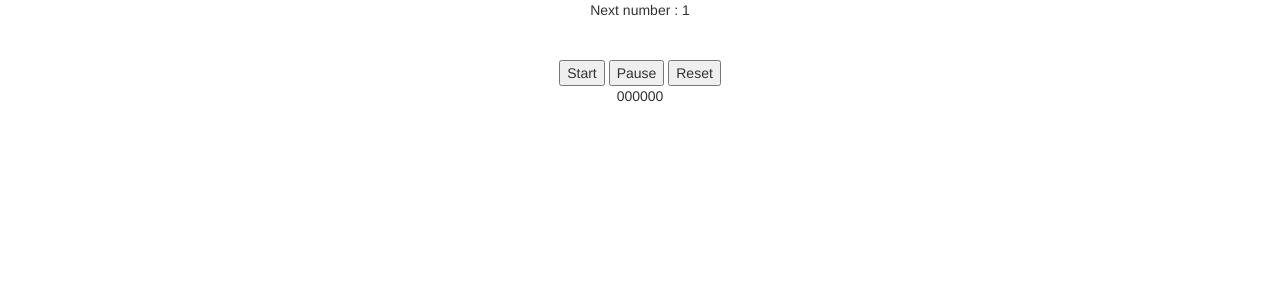
Repository: mikelily/lab
Page: oneTo25/game.2.1.html
The author's editor kept a record of every edit. The page is drawn from the files as they stood at one moment, then again after the next edit.
The browser window is 1280 px wide. The pictures show the whole page.

Above is the page before.
Console error: TypeError: Cannot set properties of null (setting 'onclick')
Not found: oneTo25/css/stopwatch.css

After the next edit:
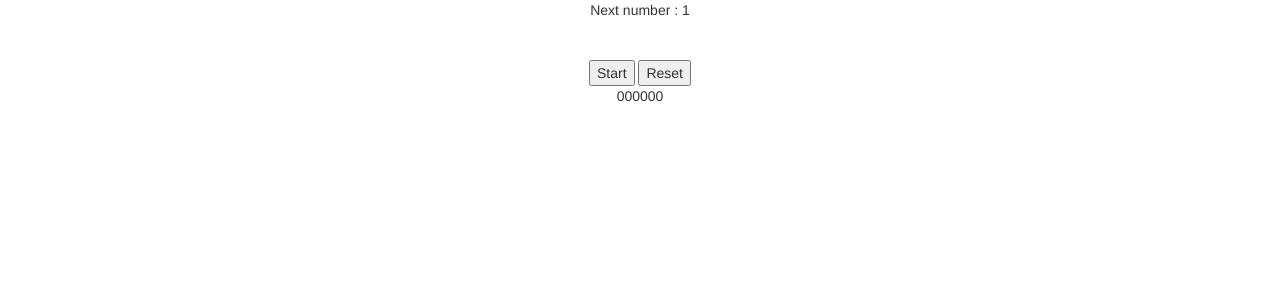
The edit:
--- a/oneTo25/game.2.1.html
+++ b/oneTo25/game.2.1.html
@@ -74,8 +74,8 @@
             <div class="stopwatch">
                 <div class="controls">
                     <button id ="startBtn" class="start">Start</button>
-                    <button id ="pauseBtn" class="stop">Pause</button>
-                    <button class="reset">Reset</button>
+                    <!--<button id ="pauseBtn" class="stop">Pause</button>-->
+                    <button id ="resetBtn" class="reset">Reset</button>
                 </div>
                 <div class="display">
                     <span class="minutes">00</span><span class="seconds">00</span><span class="centiseconds">00</span>
